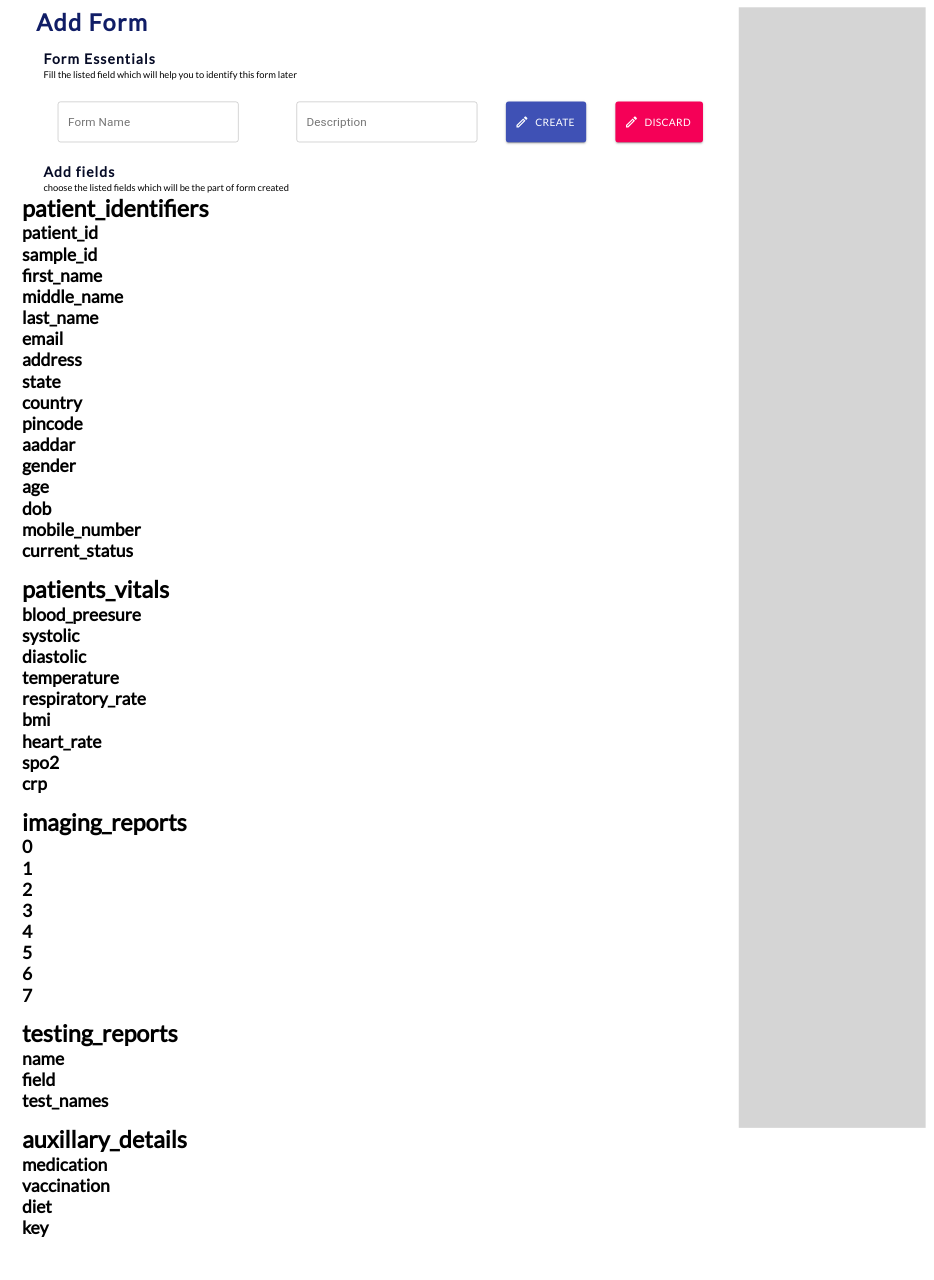
Repository: Architjain128/df
Page: /add
These files come from the project's save history. The page is drawn as it stood at one moment and after a run of saves; the edit follows.
The browser window is 1280 px wide. The pictures show the whole page, at 73% of full size.
The project was rebuilt for these pictures with package versions that can differ from the ones it lists, and the page was loaded fresh each time. Also part of the build but not shown: src/App.css, src/dftable.js, src/dataForm.js.

Above is the page before, as saved 2021-06-25 17:45:35.

### src/addDataForm.js
import React , {Component} from 'react';
import './dataForm.css';
import { Button,TextField } from '@material-ui/core';
import CreateOutlinedIcon from '@material-ui/icons/CreateOutlined';
import TreeData from './grace.json'






class AddDataForm extends Component{
    constructor(props){
        super(props);
        this.state={
            form_name:'',
            description:'',
            tree:"<h2>txfgvhbj</h2>",
        }
        this.listit=this.listit.bind(this)
        this.fetch_child=this.fetch_child.bind(this)
    }
    listit=(data,level)=>{
        var ro=[]
        for (var c in data) {
            if(level===1){
                ro.push(<h2>{c}</h2>);
                console.log(data[parseInt(c)])
            }
            else{
                ro.push(<h2>{data[c]['name']}</h2>);
                // console.log(data[c]['name'])
            }
        }
        return ro
    }

    fetch_child=(datas)=>{
        var finalrow=[]
        for(let data in datas){
            finalrow.push(<h1>{data}</h1>)
            if(data==="imaging_reports"){
                finalrow.push(this.listit(datas[data]["parameters"][0]["test_names"],1))
            }
            else if(data==="testing_reports"){
                finalrow.push(this.listit(datas[data]["parameters"][0],1))
            }
            else{
                finalrow.push(this.listit(datas[data]["parameters"],0))
            }
            finalrow.push(<br/>)
        }
        this.setState({tree:finalrow})
    }
    componentDidMount(){
        this.fetch_child(TreeData)
    }
    render(){
        return (
            <>
                <div className="dataform">
                    <div className='df-create-section'>
                        <div className='df-form-gen'>
                            <div className="df-title">Add Form</div>
                            <div className="df-subtitle">Form Essentials</div>
                            <div className="df-description" >Fill the listed field which will help you to identify this form later</div>
                            <div className="df-form-ess">
                                <TextField id="outlined-basic" label="Form Name" variant="outlined" /><br/>
                                <TextField id="outlined-basic-large" label="Description" variant="outlined"/>
                                <div className="df-create2"><Button variant="contained" color="primary" startIcon={<CreateOutlinedIcon />}> Create </Button></div>
                                <div className="df-create2"><Button variant="contained" href='/' color="secondary" startIcon={<CreateOutlinedIcon />}> Discard </Button></div>
                            </div>
                            <div className="df-subtitle">Add fields</div>
                            <div className="df-description" >choose the listed fields which will be the part of form created</div>
                            <div className="df-create-section">
                                <div className="df-dnd">
                                    {this.state.tree}
                                </div>
                            </div>
                        </div>
                        <div className="df-form-pre-con">
                            <div className='df-form-pre'>

                            </div>
                        </div>
                    </div>
                    <div className="df-end" ></div>
                    <div className="df-footer" ></div>

                </div>
            </>
            );
        }
}

export default AddDataForm;

### src/dataForm.css
@import url('https://fonts.googleapis.com/css2?family=Lato&display=swap');

* {
  box-sizing: border-box;
  margin: 0;
  padding: 0;
  font-family: 'Lato', sans-serif;
}

.dataform {
  padding-left: clamp(10px,30px,5%);
  padding-top: clamp(5px,10px,3%);
  display:block;
  /* height: 90vh; */
  /* align-items: center; */
  justify-content: left;
}
.df-title{
  letter-spacing: 2px;
  font-size: clamp(1.8rem, 2.5vw, 2.8rem);
  color:#101d66;
  font-weight: bolder;
  padding-left:2%;
  padding-right:10%;
  margin-bottom: 2%;
}
.df-subtitle{
    letter-spacing: 1.5px;
    font-size: clamp(1.2rem, 1.5vw, 2rem);
    color:#060b26;
    font-weight: bold;
    padding-left:3%;
    padding-right:10%;
    margin-bottom: 0.2%;
}
.df-description{
    font-size: clamp(0.8rem, 1vw, 1.2rem);
    color:#000000;
    padding-left:3%;
    padding-right:10%;
}
.df-table{
    padding-top:3%;
    padding-bottom:3%;
    padding-left:3%;
    padding-right:10%;
    height: 460px;
}
.df-create-section{
  display: flex;
}
.df-create-section .df-subdes{
  flex-grow: 10;
}
.df-create-section .df-create{
  flex-grow: 0;
}
.df-create-section .df-form-gen{
  flex-grow: 1;
}
.df-create-section .df-form-pre-con{
  flex-grow: 1;
  margin-right: 1%;
}
.df-form-pre{
  background-color: rgb(213, 213, 213);
  height: 90%;
  width: 100%;
}
.df-create{
  /* margin-left: 10%; */
  /* padding: auto; */
  align-items: right;
  justify-content: flex-start;
  display: flex;
  padding-left:3%;
  padding-right:10%;
}
.df-create2{
  /* margin-left: 10%; */
  /* padding: auto; */
  align-items: right;
  justify-content: flex-start;
  display: flex;
  gap: 5px;
}
.df-end{
  padding-top: 3%;
  padding-left: 3%;
}
.df-footer{
  position:absolute;
  padding-left: 3%;
  bottom: 0;
}
.df-form-ess{
  padding: 3%;
  display: flex;
  justify-content: space-around;
}
.df-form-ess TextField{
  flex-grow: 5;
}
.df-form-ess Button{
  flex-grow: 1;
}
#outlined-basic{
  font-size: medium;
  width: 100%;
}
#outlined-basic-large{
  font-size: medium;
  width: 100%;
}
.flex-container {
  /* padding: 0; */
  /* margin: 0; */
  /* list-style: none; */
  /* display: flex; */
  /* justify-content: flex-start; */
}
.flex-item {
  /* padding: 5px; */
  /* width: 60px; */
  /* height: 50px; */
  /* margin: 5px; */
  /* line-height: 50px; */
  /* color: white; */
  /* font-weight: bold; */
  /* font-size: 2em; */
  /* text-align: center; */
}

Loaded but not shown: public/index.html (common file); src/index.js (common file); src/index.css (common file); src/App.js (common file); src/reportWebVitals.js (common file); src/grace.json (566 lines, source omitted)

After the next 7 saves:
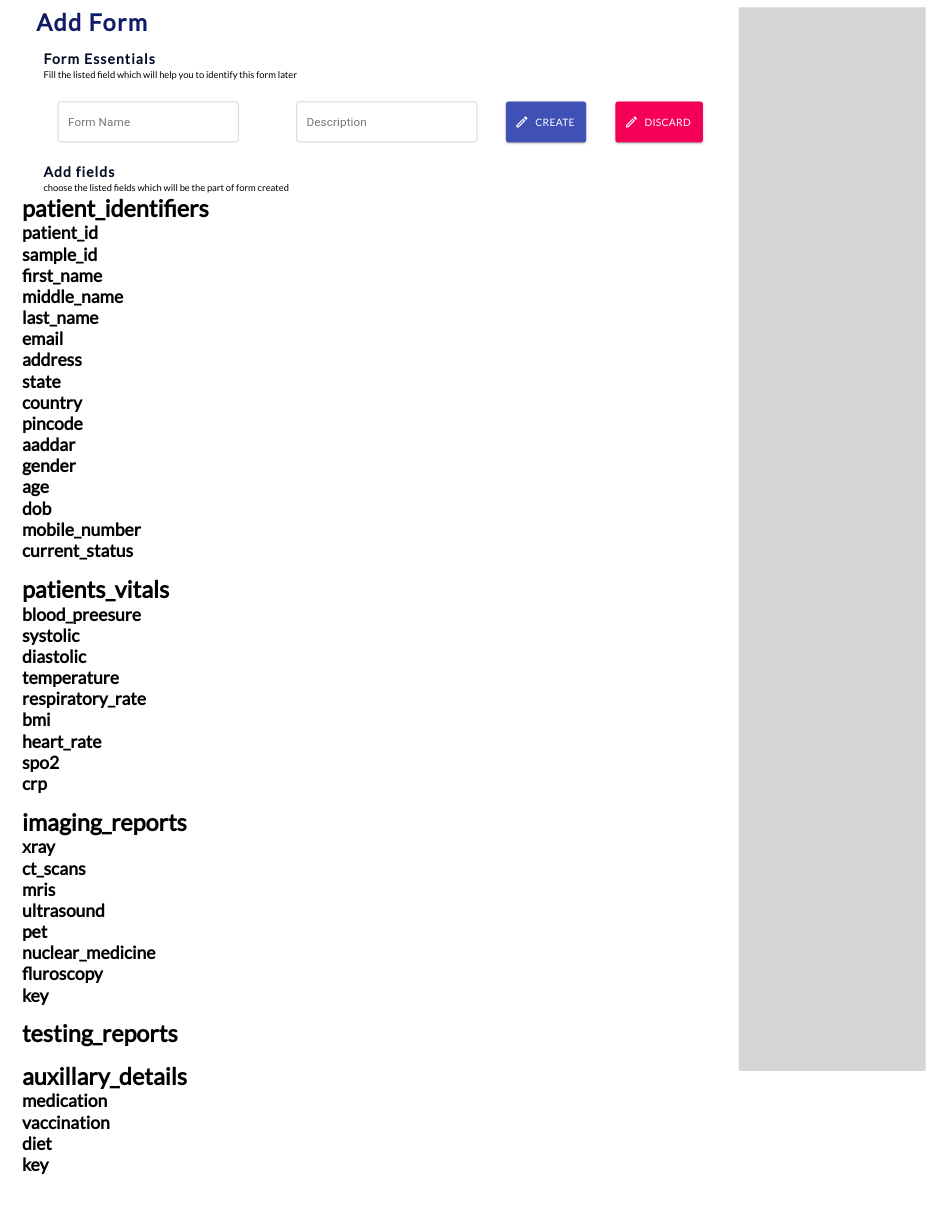
The 7 saves are shown as one change because 1 did not build or start and some came seconds apart.
The last was saved 23 s later.
--- a/src/addDataForm.js
+++ b/src/addDataForm.js
@@ -24,7 +24,7 @@ class AddDataForm extends Component{
         var ro=[]
         for (var c in data) {
             if(level===1){
-                ro.push(<h2>{c}</h2>);
+                ro.push(<h2>{data[parseInt(c)]}</h2>);
                 console.log(data[parseInt(c)])
             }
             else{
